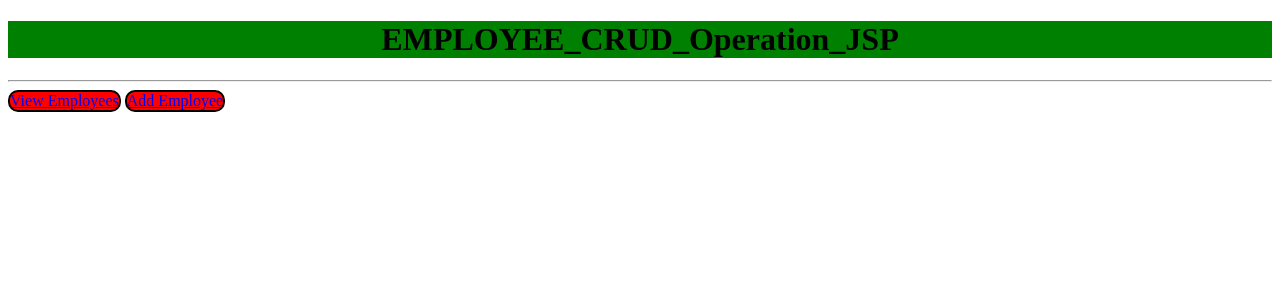
Repository: HarshZanwar2001/CRUD_Oprations_JAVA_JSP_MYSQL
Page: http://localhost/JSP_CRUD_Operation/
An editor plug-in stored every save of this project. The page is shown before and after the next save, followed by the edit.
The browser window is 1280 px wide. The pictures show the whole page.
The page is served by Tomcat 9.

Above is the page before, as saved 2024-12-01 05:32:03.

After the next save:
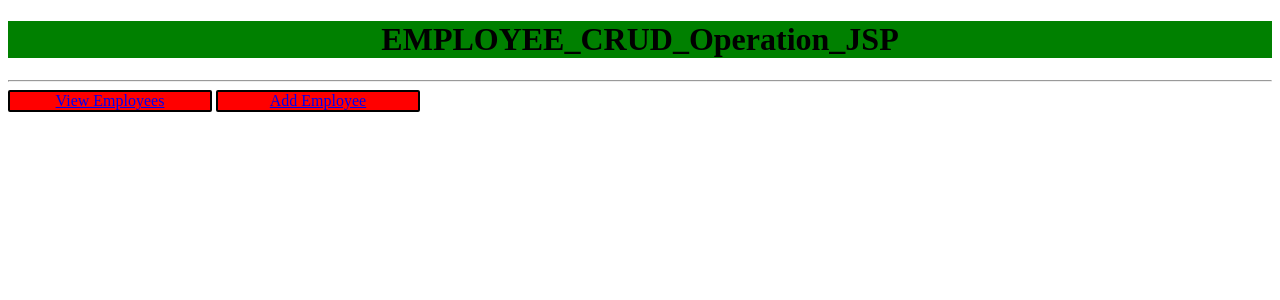
Saved 85 s later.
--- a/JSP_CRUD_Operation/src/main/webapp/index.jsp
+++ b/JSP_CRUD_Operation/src/main/webapp/index.jsp
@@ -18,10 +18,12 @@
  #btnhome{
  background-color: red;
  border: 2px solid black;
- border-radius: 10px;
+ border-radius: 2px;
  text-align: center;
  display: inline-block;
  align-content: center;
+ width: 200px;
+
 
  }
 
